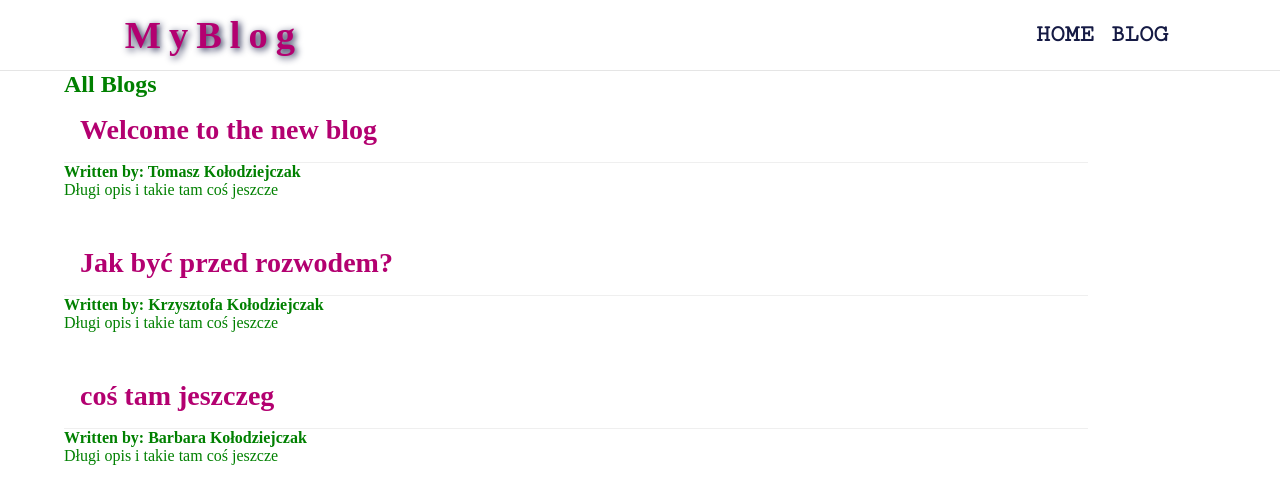
Repository: KrzysKolo/myBlog
Page: /
The author's editor kept a copy of each file at every save. The page is drawn from the files as they stood at one save, then again after the next save.
The browser window is 1280 px wide. The pictures show the whole page.
Some web fonts or font styles are not loaded; a fallback is used. The project was rebuilt for these pictures with package versions that can differ from the ones it lists, and the page was loaded fresh each time. Requests to the local data server were answered from the project's data file. Also part of the build but not shown: src/pages/Blog/Blog.css, src/pages/Blog/Blog.js, src/pages/BlogNote/BlogNote.css, src/pages/BlogNote/BlogNote.js.

Above is the page before, as saved 2021-04-27 10:44:32.

After the next save:
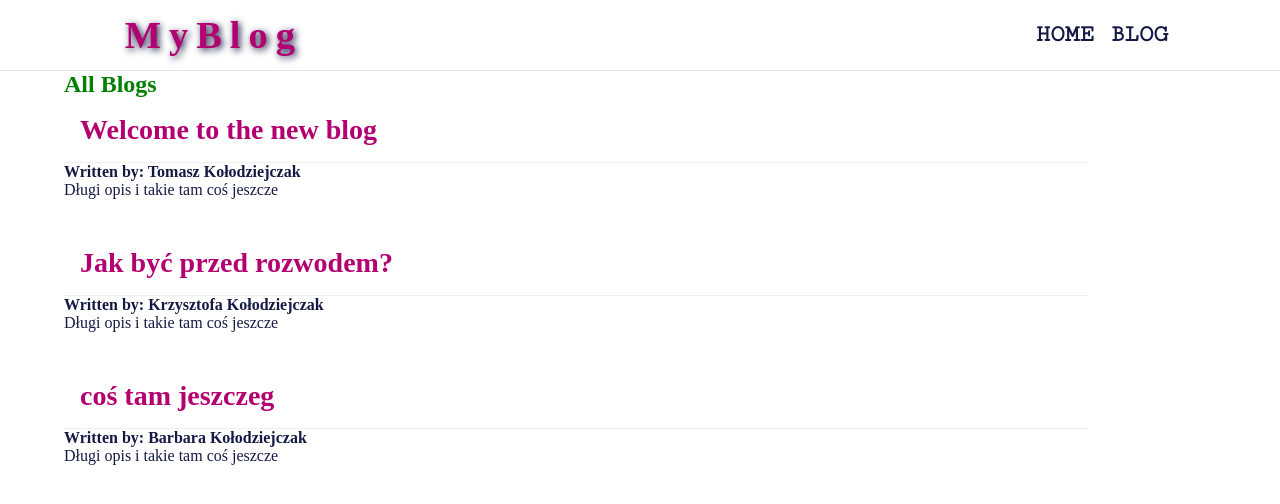
Saved 39 s later.
--- a/src/components/BlogList/BlogList.css
+++ b/src/components/BlogList/BlogList.css
@@ -4,6 +4,7 @@
   width: 80vw;
   margin-bottom: 2rem;
   font-family: "Princess Sofia", cursive;
+  color: #151a44;
 }
 .blog-preview h3 {
   font-size: 1.75rem;
